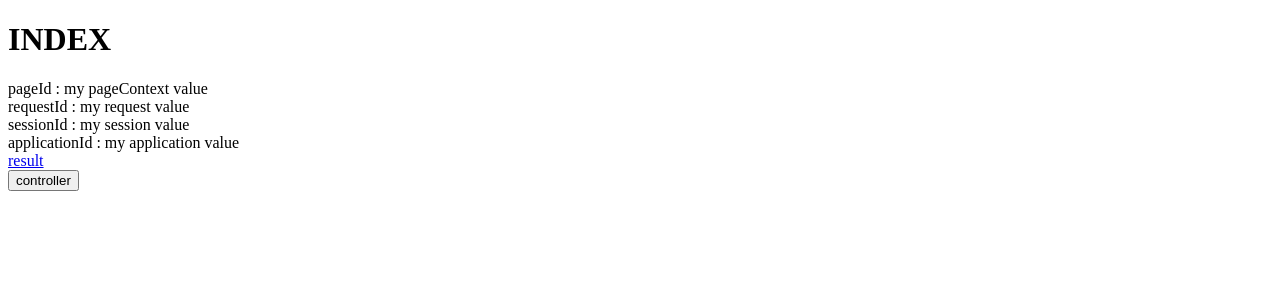
Repository: jmjnssss/CodingTest
Page: http://localhost/Jsp06_Scope/
An editor plug-in stored every save of this project. The page is shown before and after the next save, followed by the edit.
The browser window is 1280 px wide. The pictures show the whole page.
The page is served by Tomcat 9. Other server files are loaded and not shown.

Above is the page before, as saved 2021-02-24 00:20:36.

### Jsp06_Scope/WebContent/index.jsp
<%@ page language="java" contentType="text/html; charset=UTF-8"
    pageEncoding="UTF-8"%>

<% request.setCharacterEncoding("UTF-8"); %>
<% response.setContentType("text/html; charset=UTF-8"); %>

<!DOCTYPE html>
<html>
<head>
<meta charset="UTF-8">
<title>Insert title here</title>
</head>
<body>
<%
	pageContext.setAttribute("pageId", "my pageContext value");
	request.setAttribute("requestId", "my request value");
	session.setAttribute("sessionId", "my session value");
	application.setAttribute("applicationId", "my application value");
%>

	<h1>INDEX</h1>

	pageId : <%=pageContext.getAttribute("pageId") %><br/>
	requestId : <%=request.getAttribute("requestId") %><br/>
	sessionId : <%=session.getAttribute("sessionId") %><br/>
	applicationId : <%=application.getAttribute("applicationId") %><br/>

	<a href="result.jsp">result</a><br/>
	<form action="scope.do" method="post">
		<input type="hidden" name="myRequest" value="my request value 2">
		<input type="submit" value="controller">
	</form>

</body>
</html>

### Jsp06_Scope/WebContent/result.jsp
<%@ page language="java" contentType="text/html; charset=UTF-8"
    pageEncoding="UTF-8"%>

<% request.setCharacterEncoding("UTF-8"); %>
<% response.setContentType("text/html; charset=UTF-8"); %>

<!DOCTYPE html>
<html>
<head>
<meta charset="UTF-8">
<title>Insert title here</title>
</head>
<body>

	<h1>RESULT</h1>

	pageId : <%=pageContext.getAttribute("pageId") %><br/>
	requestId : <%=request.getAttribute("requestId") %><br/>
	sessionId : <%=session.getAttribute("sessionId") %><br/>
	applicationId : <%=application.getAttribute("applicationId") %><br/>
	myRequest : <%=request.getAttribute("myRequest") %><br/>
</body>
</html>

After the next save:
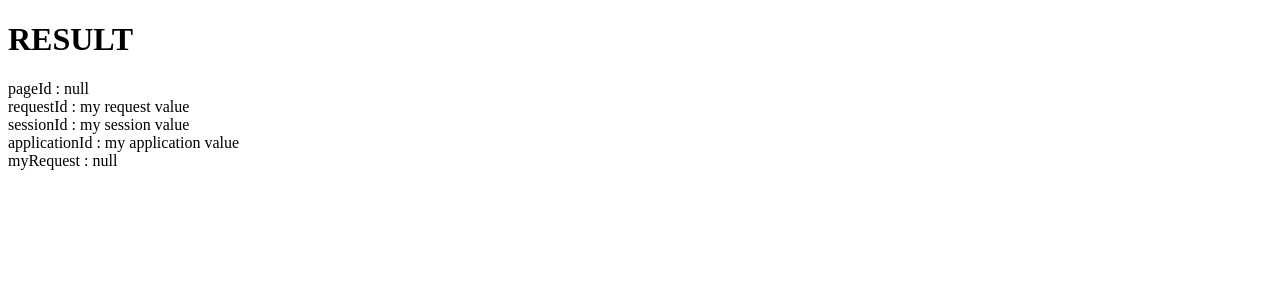
Saved 18 min 7 s later.
--- a/Jsp06_Scope/WebContent/index.jsp
+++ b/Jsp06_Scope/WebContent/index.jsp
@@ -31,5 +31,6 @@
 		<input type="submit" value="controller">
 	</form>
 
+	<% pageContext.forward("scope.do"); %>
 </body>
 </html>
